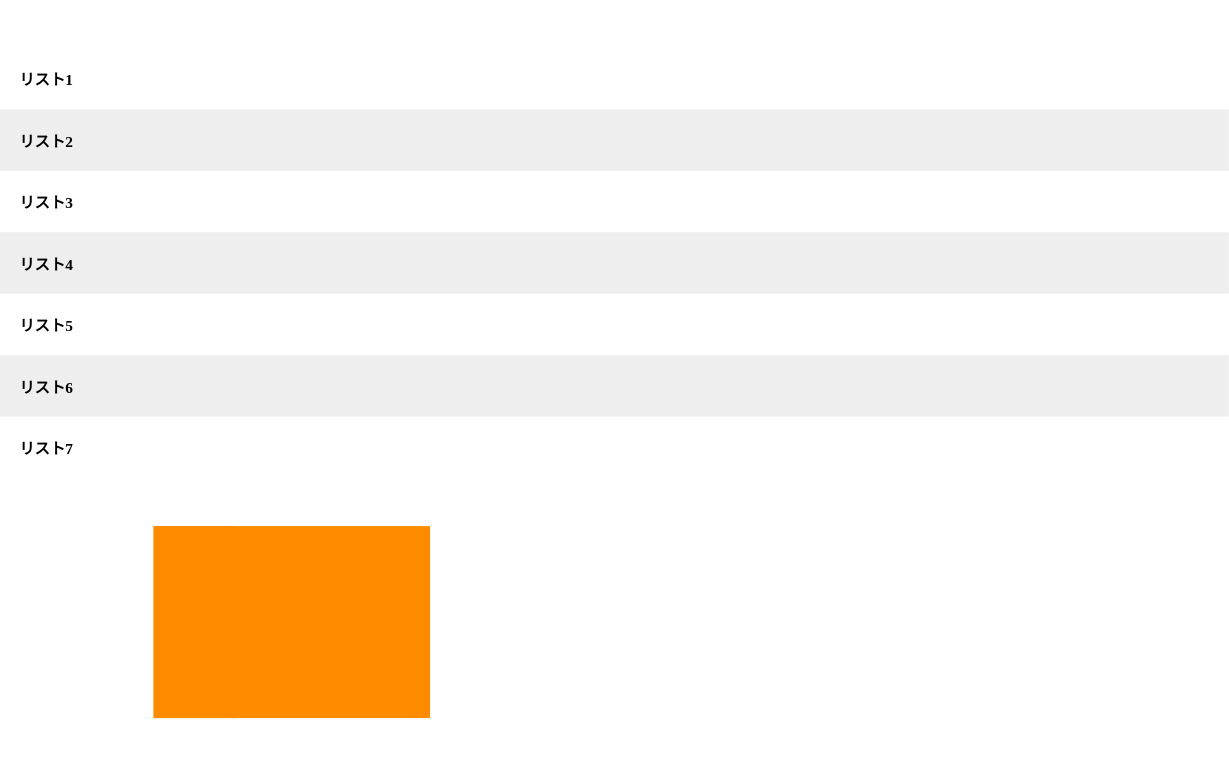
Repository: Tyubyasa/abc
Page: chapter8/chapter8.html
The author's editor kept a record of every edit. The page is drawn from the files as they stood at one moment, then again after the next edit.
The browser window is 1280 px wide. The pictures show the whole page, at 96% of full size.

Above is the page before.

After the next edit:
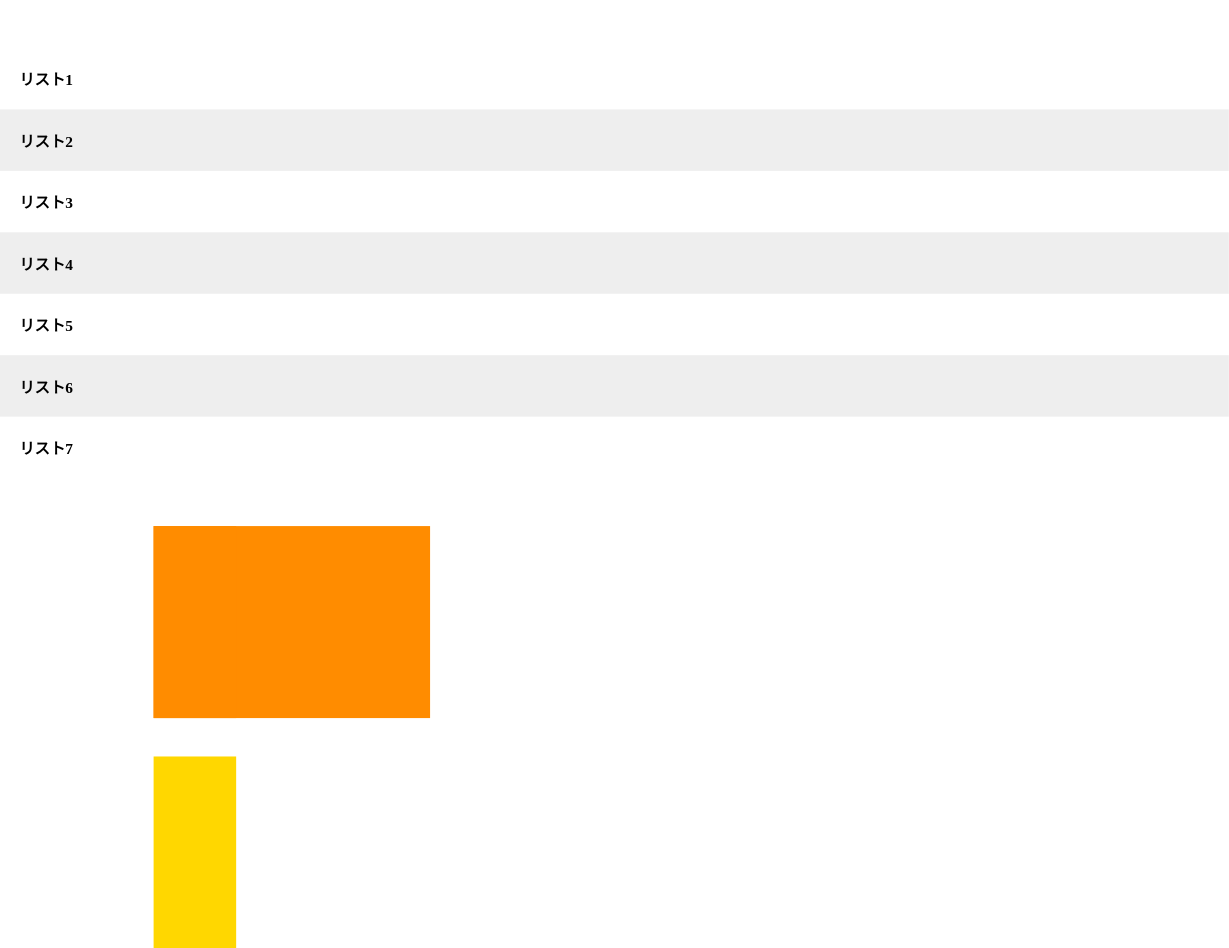
The edit:
--- a/chapter8/chapter8.html
+++ b/chapter8/chapter8.html
@@ -45,7 +45,7 @@
         <div class="box">
       <div class="box">
          </div>
-        <div class="box2">
+        <div class="box">
            </div>
           <div class="box3">
              </div>
